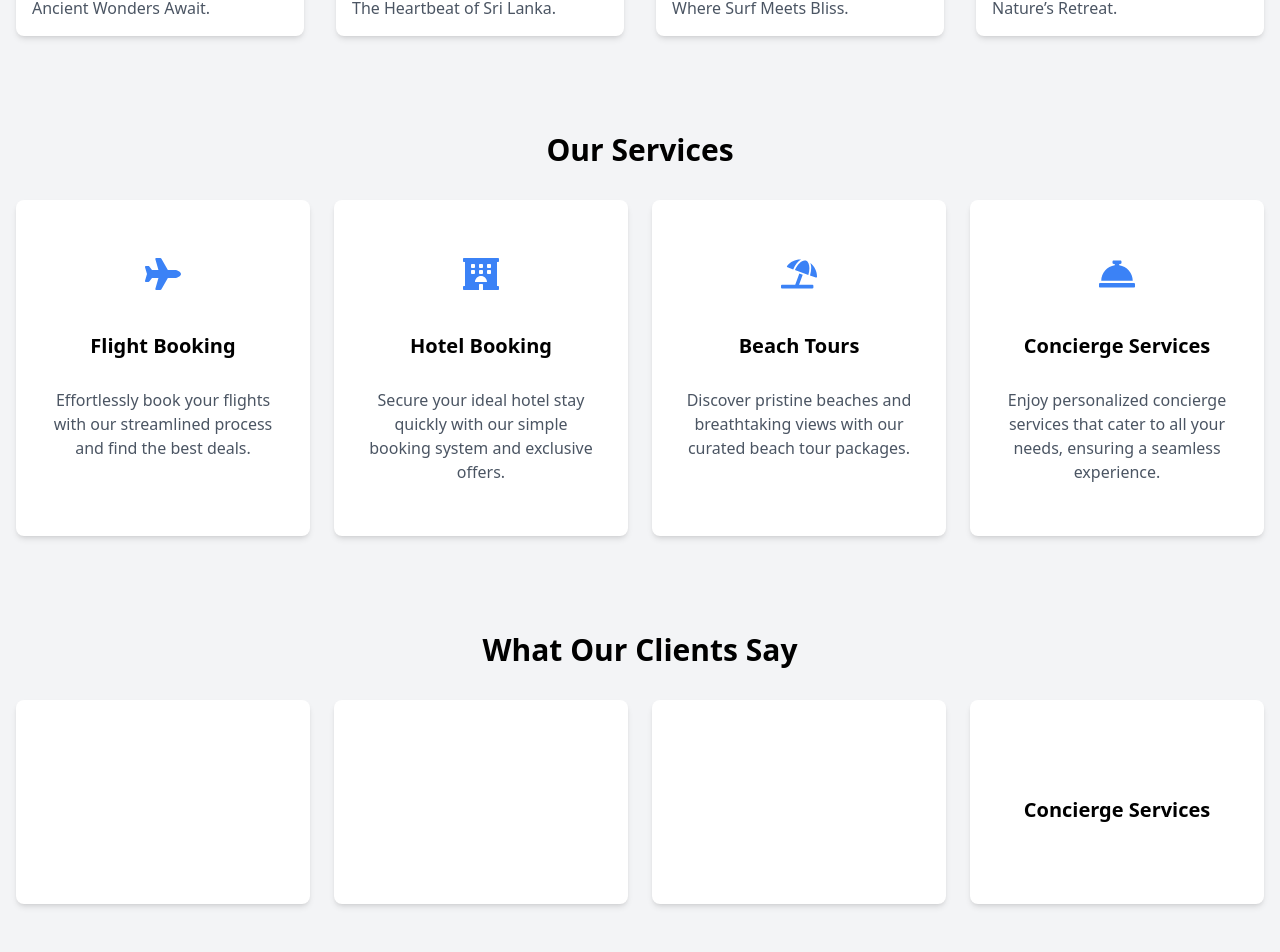
Repository: thisara199/Travel-Agency-Website
Page: /
An editor plug-in stored every save of this project. The page is shown before and after the next save, followed by the edit.
The browser window is 1280 px wide. The pictures show the part of the page from y = 1084 to 2036 px (the page is 2036 px tall before and 2008 px after).
The project was rebuilt for these pictures with package versions that can differ from the ones it lists, and the page was loaded fresh each time. Also part of the build but not shown: vite.config.js.

Above is the page before, as saved 2024-09-04 06:02:40.

After the next save:
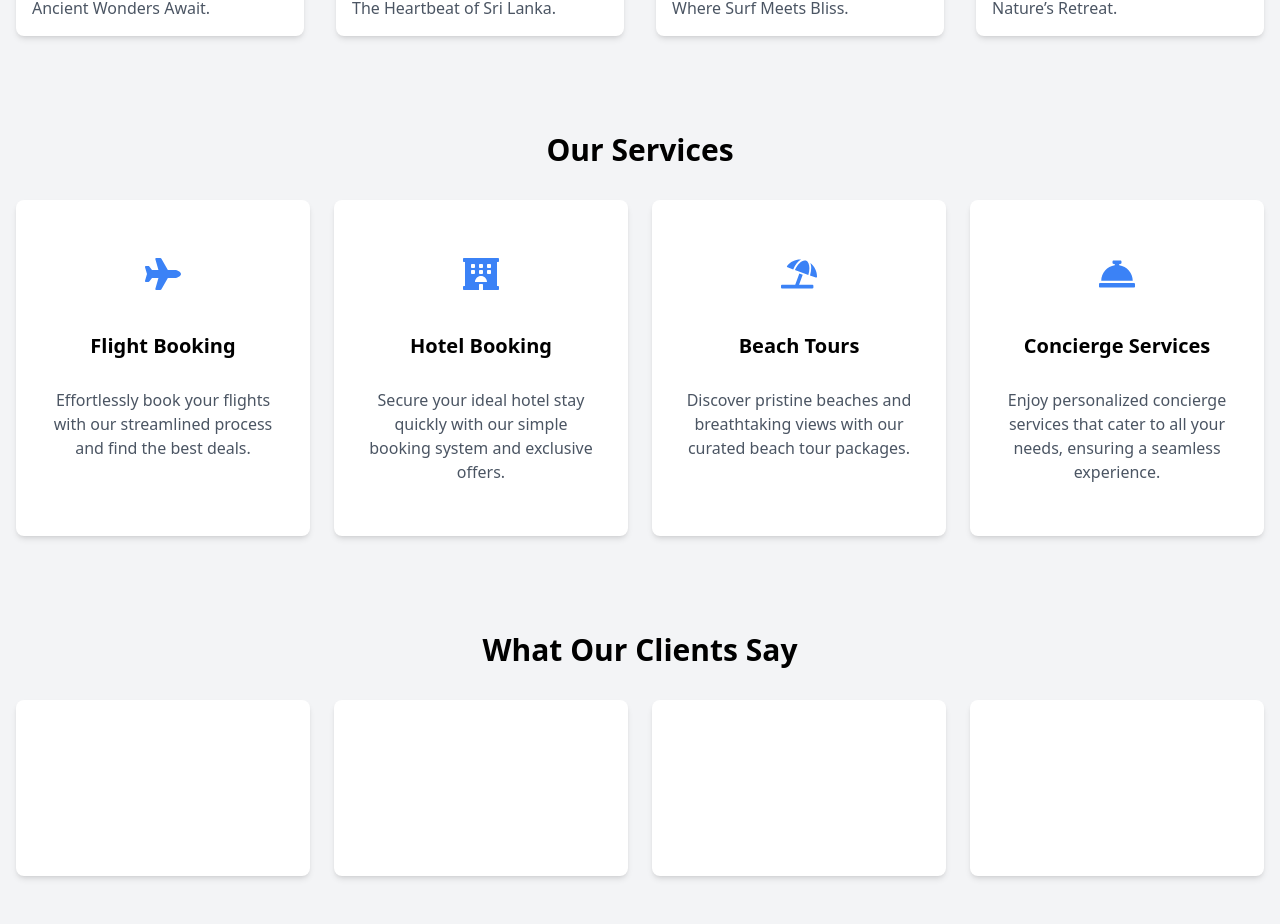
Saved 4 s later.
--- a/src/components/Testimonials/Testimonials.jsx
+++ b/src/components/Testimonials/Testimonials.jsx
@@ -18,7 +18,7 @@ const Clients = [
   },
   {
    name: 'Emily Davis',
-    title: 'Concierge Services',
+   text: 'I had an amazing experience with Booking.com. The website was easy to navigate, and the booking process was straightforward. I highly recommend it!',
     location: 'Paris, France',
   },
 ];
